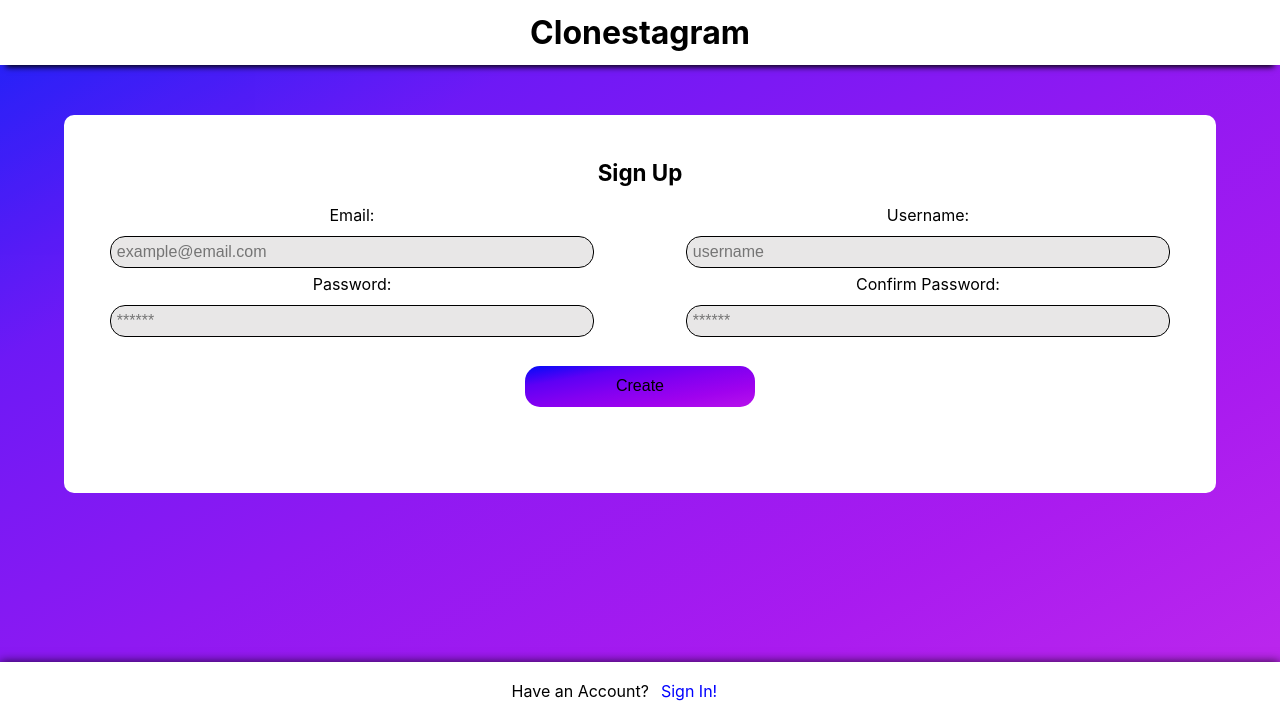
Repository: MikeMoore55/clonestagram
Page: /signup
These files come from the project's save history. The page is drawn as it stood at one moment and after the next save; the edit follows.
The browser window is 1280 px wide. The pictures show the whole page.
The page's requests for data from a server got no answer. The project was rebuilt for these pictures with package versions that can differ from the ones it lists, and the page was loaded fresh each time. The framework's server and built-in components were replaced by stand-ins that run in the browser. No one was signed in, and anything a server would have sent is missing. Also part of the build but not shown: next.config.js.

Above is the page before, as saved 2022-11-18 09:09:40.

After the next save:
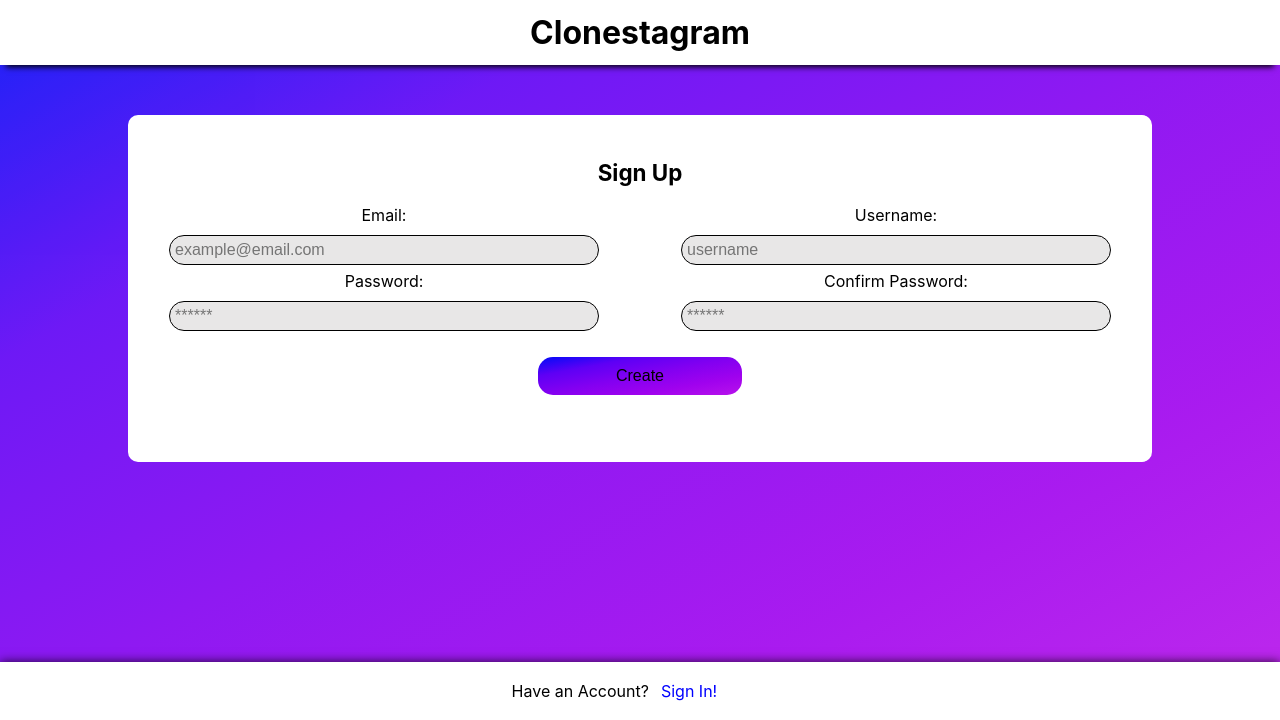
Saved 15 s later.
--- a/styles/SignUp.module.css
+++ b/styles/SignUp.module.css
@@ -152,9 +152,9 @@
     }
 
     .signUpForm {
-        padding: 2% 0% 2% 0%;
-        margin: 2% 5% 1% 5%;
-        width: 90%;
+        padding: 2% 0% 1% 0%;
+        margin: 2% 10% 1% 10%;
+        width: 80%;
     }
 
     .heading {
